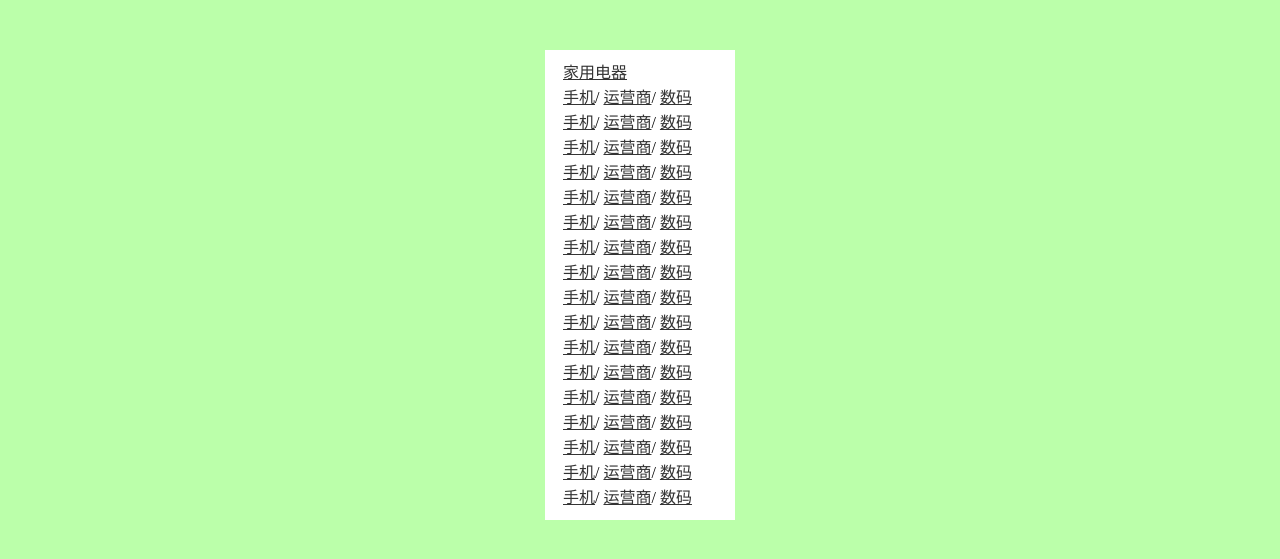
Repository: Romic77/css-test
Page: exercise/02_京东左侧导航条.html
These files come from the project's save history. The page is drawn as it stood at one moment and after the next save; the edit follows.
The browser window is 1280 px wide. The pictures show the whole page.

Above is the page before, as saved 2022-09-03 14:01:34.

### exercise/02_京东左侧导航条.html
<!DOCTYPE html>
<html lang="en">

<head>
    <meta charset="UTF-8">
    <meta http-equiv="X-UA-Compatible" content="IE=edge">
    <meta name="viewport" content="width=device-width, initial-scale=1.0">
    <title>Document</title>
    <link rel="stylesheet" href="./css/reset.css">
    <style>
        body {
            background-color: #bfa;
        }

        .left-nav {
            width: 190px;
            height: 450px;
            padding: 10px 0;
            background-color: #fff;
            margin: 50px auto;
        }

        .left-nav .item {
            height: 25px;
            /* 垂直居中 */
            line-height: 25px;

            padding-left: 18px;
        }

        .left-nav .item:hover {
            background-color: #d9d9d9;
        }

        .item a {
            color: #333;
        }
    </style>
</head>

<body>
    <!-- nav(div) /div(div)  / ul(li)-->
    <nav class="left-nav">
        <div class="item">
            <a href="#">家用电器</a>
        </div>

        <div class="item">
            <a href="#">手机</a>/
            <a href="#">运营商</a>/
            <a href="#">数码</a>
        </div>

        <div class="item">
            <a href="#">手机</a>/
            <a href="#">运营商</a>/
            <a href="#">数码</a>
        </div>

        <div class="item">
            <a href="#">手机</a>/
            <a href="#">运营商</a>/
            <a href="#">数码</a>
        </div>

        <div class="item">
            <a href="#">手机</a>/
            <a href="#">运营商</a>/
            <a href="#">数码</a>
        </div>

        <div class="item">
            <a href="#">手机</a>/
            <a href="#">运营商</a>/
            <a href="#">数码</a>
        </div>

        <div class="item">
            <a href="#">手机</a>/
            <a href="#">运营商</a>/
            <a href="#">数码</a>
        </div>

        <div class="item">
            <a href="#">手机</a>/
            <a href="#">运营商</a>/
            <a href="#">数码</a>
        </div>

        <div class="item">
            <a href="#">手机</a>/
            <a href="#">运营商</a>/
            <a href="#">数码</a>
        </div>

        <div class="item">
            <a href="#">手机</a>/
            <a href="#">运营商</a>/
            <a href="#">数码</a>
        </div>

        <div class="item">
            <a href="#">手机</a>/
            <a href="#">运营商</a>/
            <a href="#">数码</a>
        </div>

        <div class="item">
            <a href="#">手机</a>/
            <a href="#">运营商</a>/
            <a href="#">数码</a>
        </div>

        <div class="item">
            <a href="#">手机</a>/
            <a href="#">运营商</a>/
            <a href="#">数码</a>
        </div>

        <div class="item">
            <a href="#">手机</a>/
            <a href="#">运营商</a>/
            <a href="#">数码</a>
        </div>

        <div class="item">
            <a href="#">手机</a>/
            <a href="#">运营商</a>/
            <a href="#">数码</a>
        </div>

        <div class="item">
            <a href="#">手机</a>/
            <a href="#">运营商</a>/
            <a href="#">数码</a>
        </div>

        <div class="item">
            <a href="#">手机</a>/
            <a href="#">运营商</a>/
            <a href="#">数码</a>
        </div>

        <div class="item">
            <a href="#">手机</a>/
            <a href="#">运营商</a>/
            <a href="#">数码</a>
        </div>
    </nav>
</body>

</html>

Loaded but not shown: exercise/css/reset.css (common file)

After the next save:
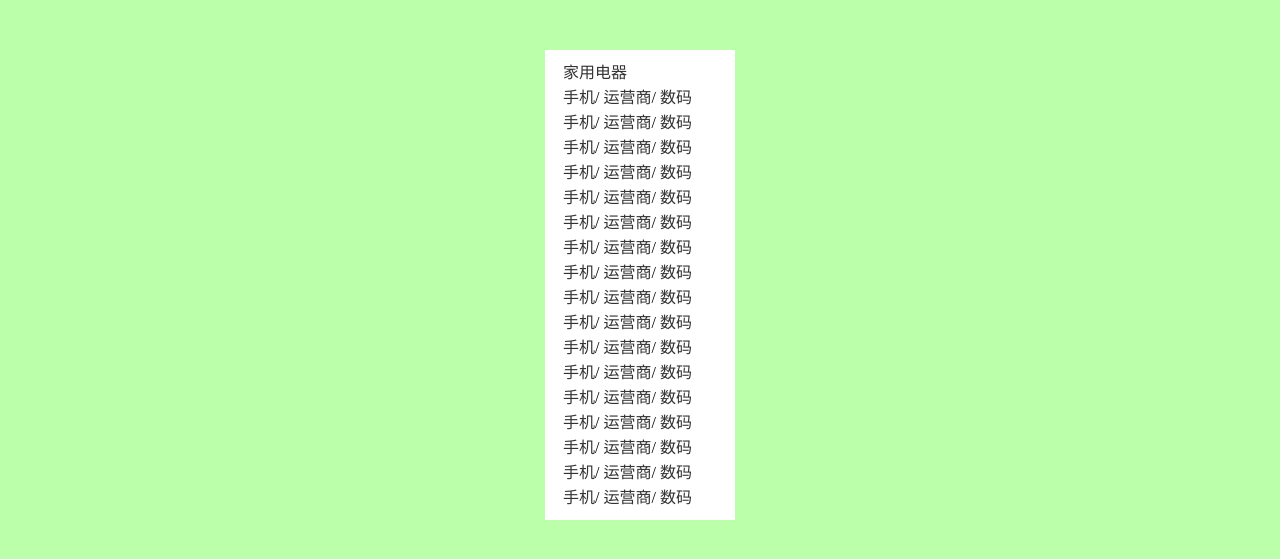
Saved 15 s later.
--- a/exercise/02_京东左侧导航条.html
+++ b/exercise/02_京东左侧导航条.html
@@ -34,6 +34,7 @@
 
         .item a {
             color: #333;
+            text-decoration: none;
         }
     </style>
 </head>
